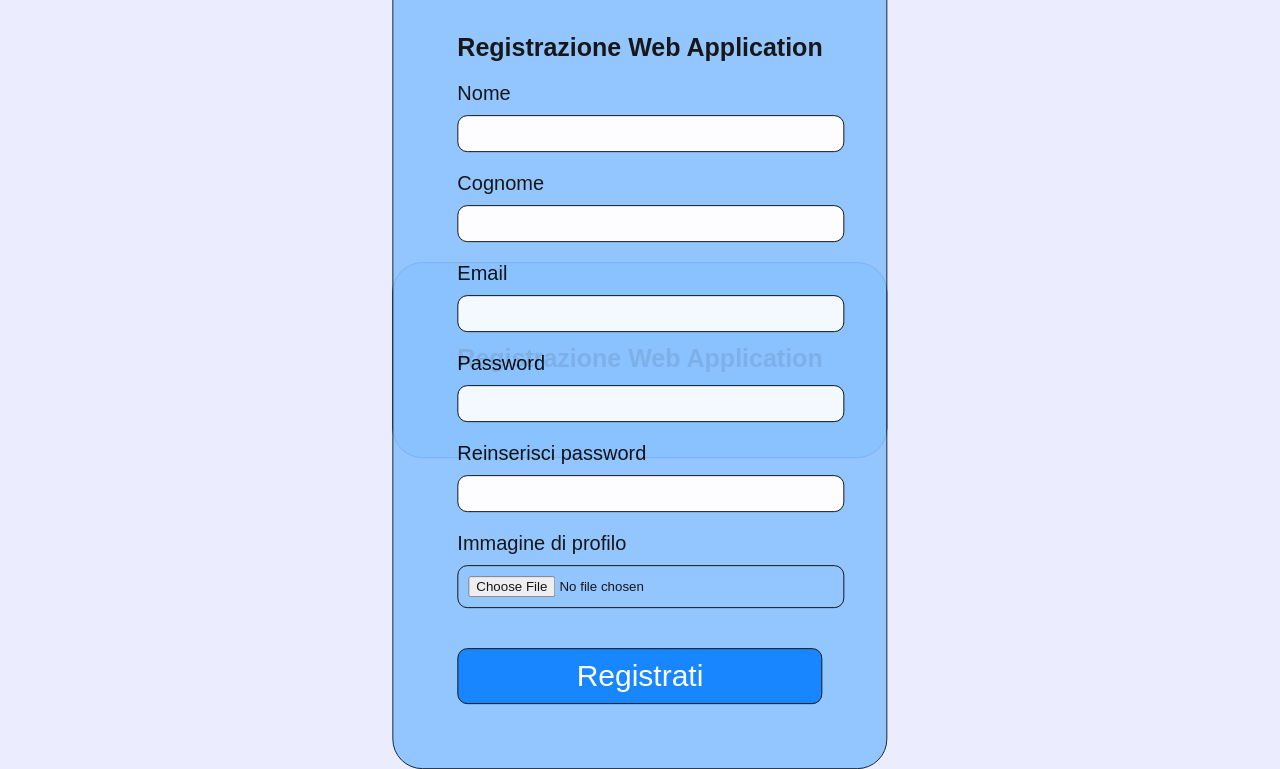
Repository: GabrielCellammare/WebApplication-SA-CyberSecurity
Page: http://localhost/WebProject-CellammareGabriel_ApplicationSecurity_/userNotLogged/registration.jsp
An editor plug-in stored every save of this project. The page is shown before and after the next save, followed by the edit.
The browser window is 1280 px wide. The pictures show the whole page.
The page is served by Tomcat 9. Nobody is signed in. The application's start-up code is not run.

Above is the page before, as saved 2024-01-15 08:09:42.

After the next save:
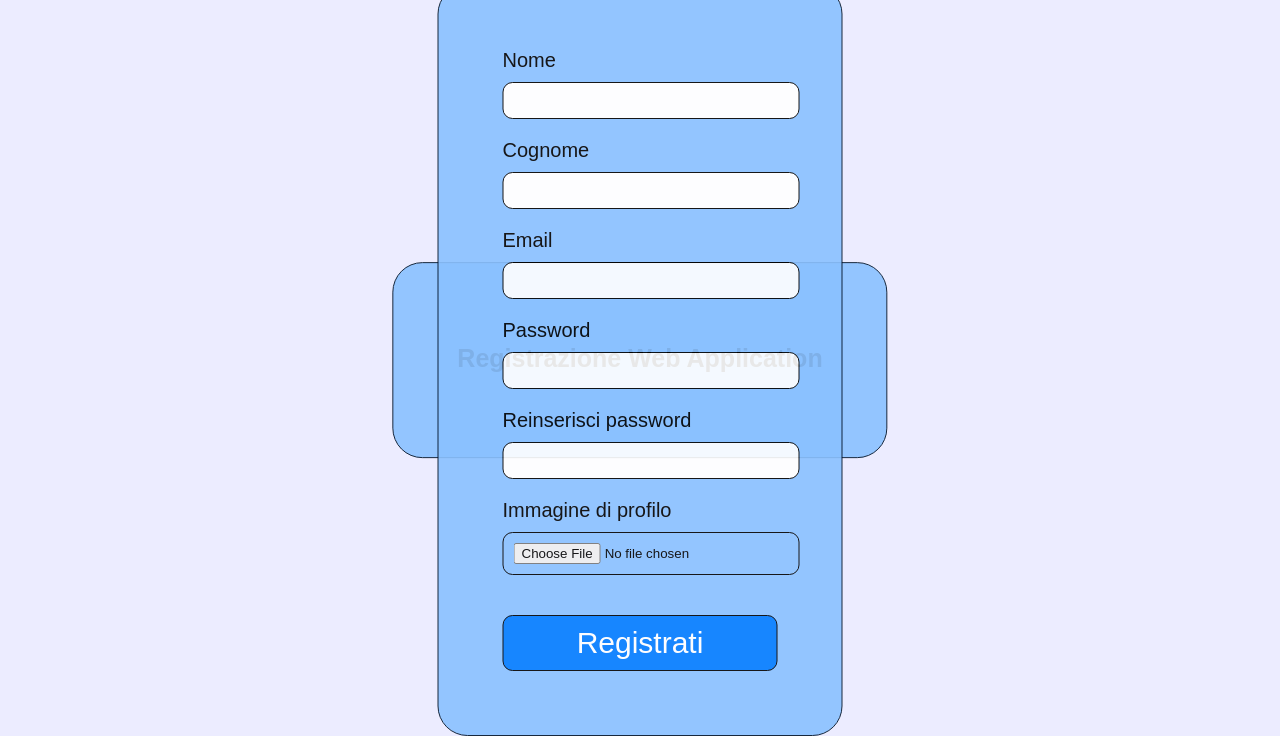
Saved 4 s later.
--- a/WebProject-CellammareGabriel(ApplicationSecurity)/WebContent/userNotLogged/registration.jsp
+++ b/WebProject-CellammareGabriel(ApplicationSecurity)/WebContent/userNotLogged/registration.jsp
@@ -13,7 +13,6 @@
     	 <h1>Registrazione Web Application</h1>
     	</div>
         <div class="container">
-            <h1>Registrazione Web Application</h1>
             <form action="registrazione.do" method="post" enctype="multipart/form-data">
             	<div class="field">
                     <label for="name">Nome</label>
